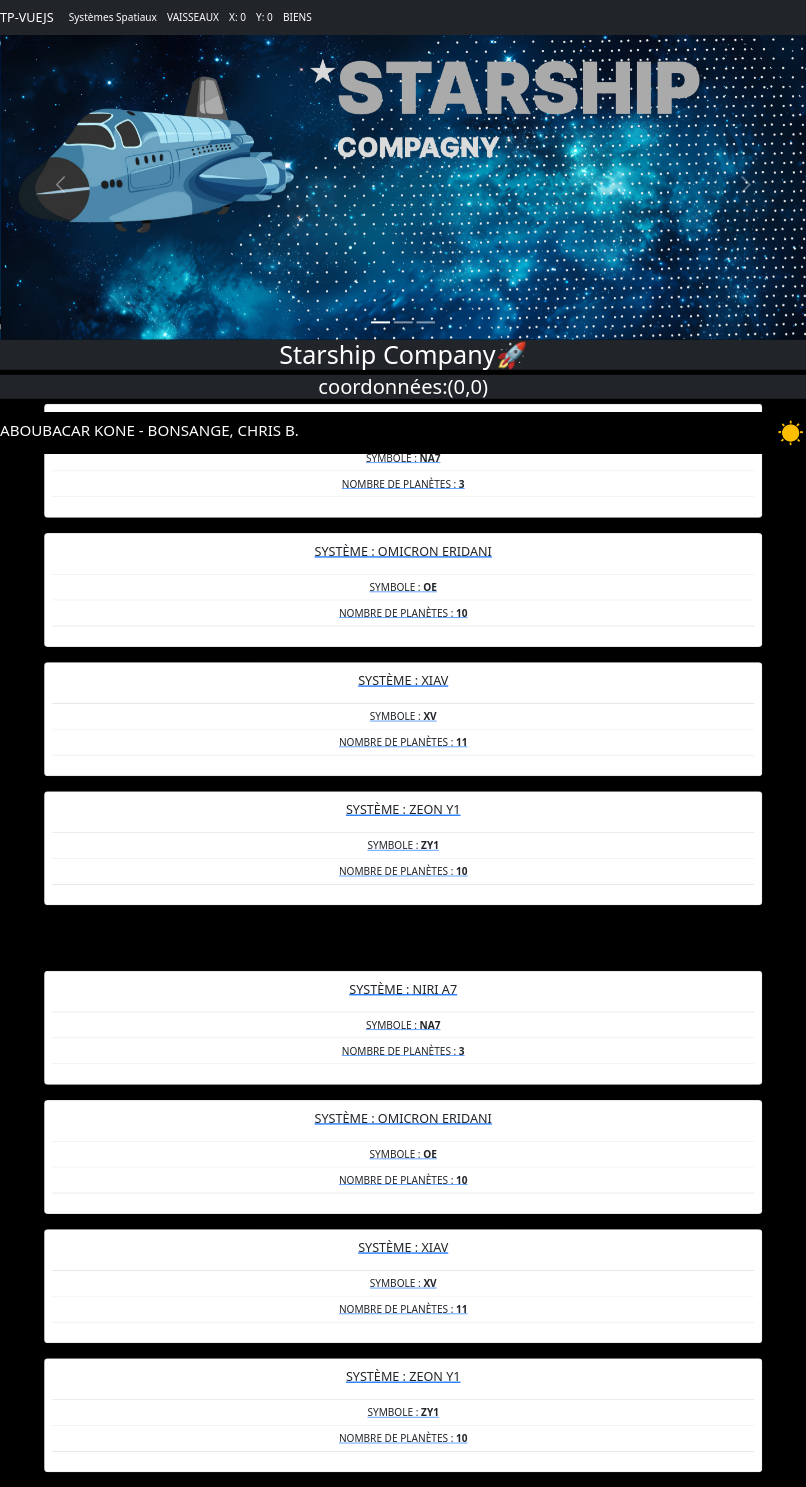
Repository: zeuss32/tp2-vueJs-repo
Page: /systemes (app in vite-project/)
The author's editor kept a copy of each file at every save. The page is drawn from the files as they stood at one save, then again after the next save.
The browser window is 1280 px wide. The pictures show the whole page, at 63% of full size.
The project was rebuilt for these pictures with package versions that can differ from the ones it lists, and the page was loaded fresh each time. Also part of the build but not shown: vite-project/vite.config.js, vite-project/src/components/SousSections/detailsVaisseaux.vue, vite-project/src/components/SousSections/vaisseaux.vue, vite-project/src/components/SousSections/biens.vue, vite-project/src/components/CorpsDePage.vue.

Above is the page before, as saved 2025-09-30 22:41:00.

After the next save:
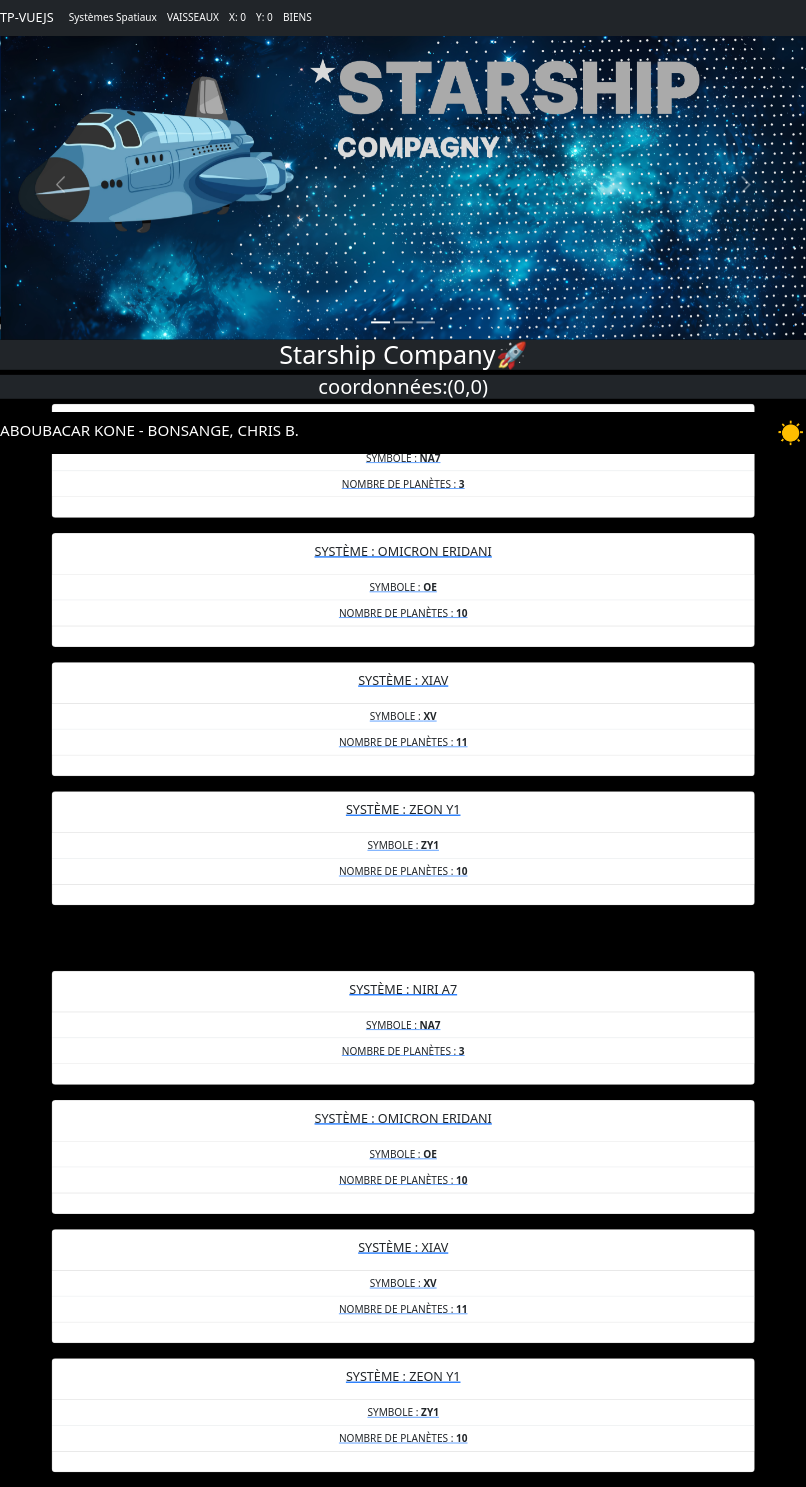
Saved 71 s later.
--- a/vite-project/src/components/SousSections/systemes.vue
+++ b/vite-project/src/components/SousSections/systemes.vue
@@ -1,7 +1,7 @@
 <template>
 	<div class="container">
-		<RouterLink>
-			<div class="row" v-for="sys in sysJson.systems" :key="sys.symbol">
+		<div class="row" v-for="sys in sysJson.systems" :key="sys.symbol">
+			<RouterLink to="">
 				<div class="card col-12 mb-4">
 					<div class="card-body">
 						<h5 class="card-title text-uppercase">SYSTÈME : {{ sys.name }}</h5>
@@ -53,8 +53,8 @@
             </div>-->
 					</div>
 				</div>
-			</div>
-		</RouterLink>
+			</RouterLink>
+		</div>
 	</div>
 </template>
 
